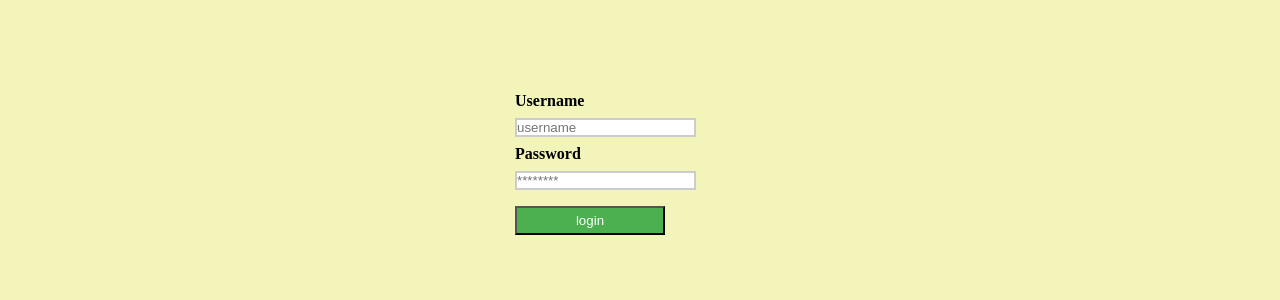
Repository: SriMerla/ServletsAndJsps
Page: http://localhost/WebApplicationProject/roles.jsp
These files come from the project's save history. The page is drawn as it stood at one moment and after the next save; the edit follows.
The browser window is 1280 px wide. The pictures show the whole page.
The page is served by Tomcat 9. Other server files are loaded and not shown.

Above is the page before, as saved 2020-01-30 04:05:01.

### Servlets/WebApplicationProject/WebContent/roles.jsp
<%@ page language="java" contentType="text/html; charset=ISO-8859-1"
    pageEncoding="ISO-8859-1"%>
     <%@page import="java.sql.*" %>
<!DOCTYPE html PUBLIC "-//W3C//DTD HTML 4.01 Transitional//EN" "http://www.w3.org/TR/html4/loose.dtd">
<html>
<head>
<meta http-equiv="Content-Type" content="text/html; charset=ISO-8859-1">
<title>Roles</title>
<link rel="stylesheet" type="text/css" href="global.css">
</head>
<body>
  <div class="form-container">
  <form action="roles">
   <b>Username</b> <br>
   <input type="text" name="username" placeholder="username"><br>
   <b>Password</b> <br>
   <input type="password" name="password" placeholder="********"><br>
   <input type="submit" value="login">

  </form>

  </div>
</body>
</html>

### Servlets/WebApplicationProject/WebContent/global.css
@CHARSET "ISO-8859-1";
*{
	margin:0;
	padding:0;
}
body{
	background-color: #f2f4b9;
	padding-top: 10vh;
}

.form-container{
	width:250px;
	height: auto;
	padding: 20px 30px;
	backgroung-color: #fff;
	border-radius:10px;
	box-shadow: 0 0 10px 0 #0000;
	margin: auto;
}

input[type=text], input[type=password]{
	width: 1000%
	padding: 5px 20px;
	margin: 8px 0px;
	display: inline-block;
	border: 2px solid #ccc;
	box-sizing: border-box;
}

input[type=submit]{

	background-color: #4CAF50;
	color: white;
	padding: 5px 20px;
	margin: 8px 0;
	cursor: pointer;
	width: 60%;

}

After the next save:
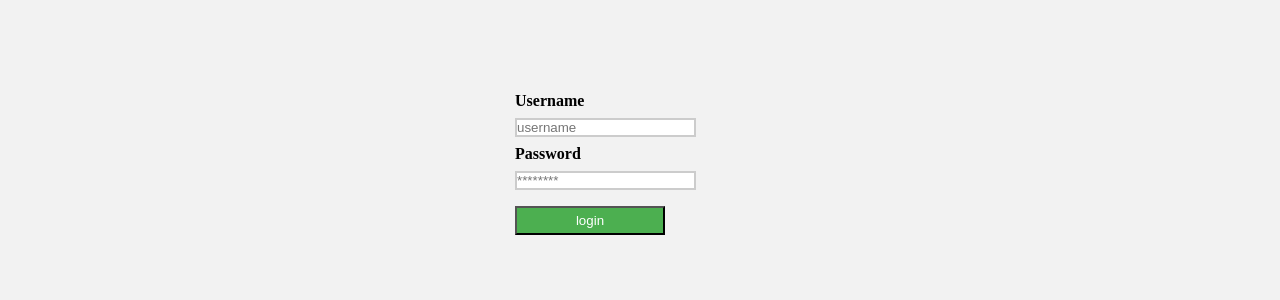
Saved 51 s later.
--- a/Servlets/WebApplicationProject/WebContent/global.css
+++ b/Servlets/WebApplicationProject/WebContent/global.css
@@ -4,7 +4,7 @@
 	padding:0;
 }
 body{
-	background-color: #f2f4b9;
+	background-color: #f2f2f2;
 	padding-top: 10vh;
 }
 
